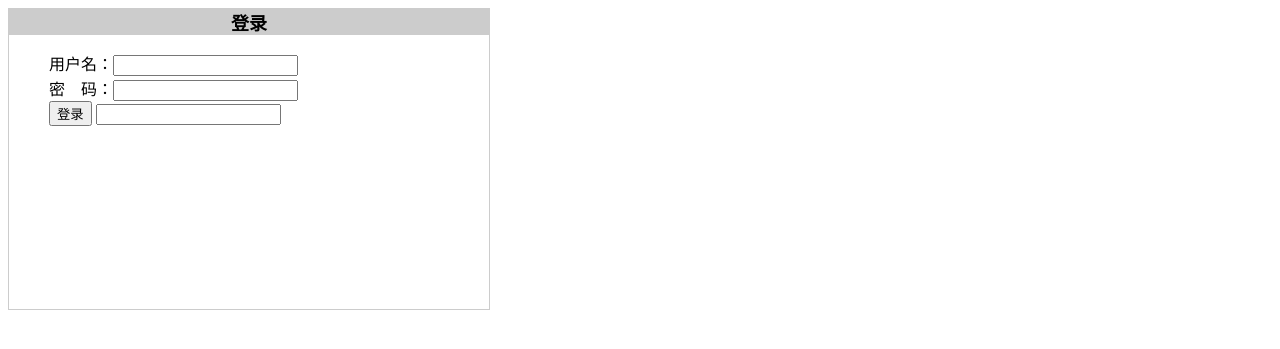
Repository: jiangrongbo/mybatis-blog
Page: http://localhost/exam3/
An editor plug-in stored every save of this project. The page is shown before and after the next save, followed by the edit.
The browser window is 1280 px wide. The pictures show the whole page.
The page is served by Tomcat 9.

Above is the page before, as saved 2015-06-28 13:18:09.

After the next save:
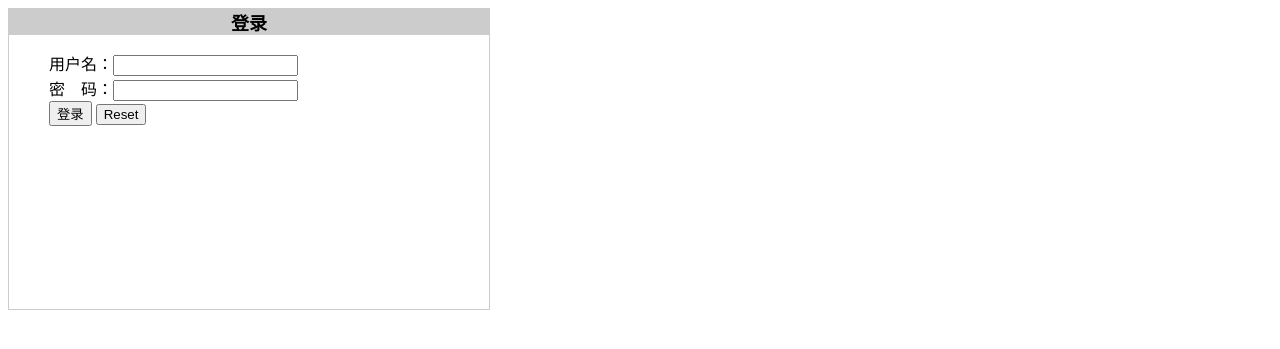
Saved 6 s later.
--- a/exam3/WebContent/index.jsp
+++ b/exam3/WebContent/index.jsp
@@ -28,7 +28,7 @@ list-style-type: none;
 		<ul>
 			<li>用户名：<input type="text" name="username"></li>
 			<li>密　码：<input type="text" name="password"></li>
-			<li><input type="submit" value="登录">&nbsp;<input ]></li>
+			<li><input type="submit" value="登录">&nbsp;<input type="reset"></li>
 		</ul>
 	</div>
 </body>
